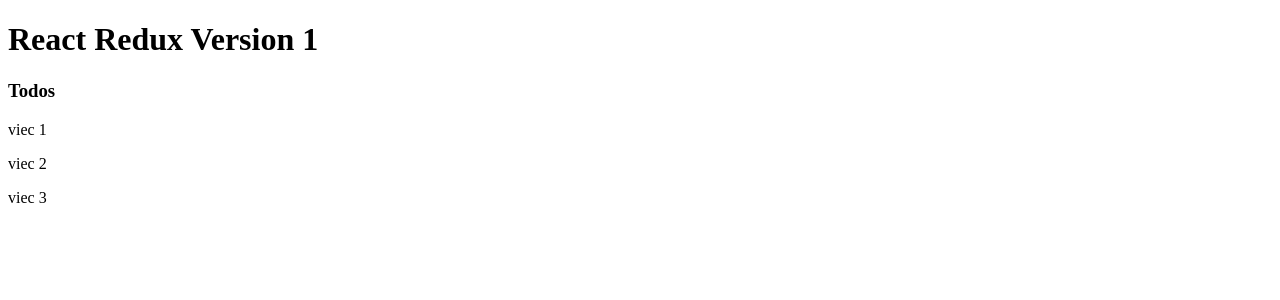
Repository: huynhnt1406/react-redux-tutorial
Page: / (app in react-hooks/)
These files come from the project's save history. The page is drawn as it stood at one moment and after the next save; the edit follows.
The browser window is 1280 px wide. The pictures show the whole page.
The project was rebuilt for these pictures with package versions that can differ from the ones it lists, and the page was loaded fresh each time.

Above is the page before, as saved 2021-06-18 20:45:57.

After the next save:
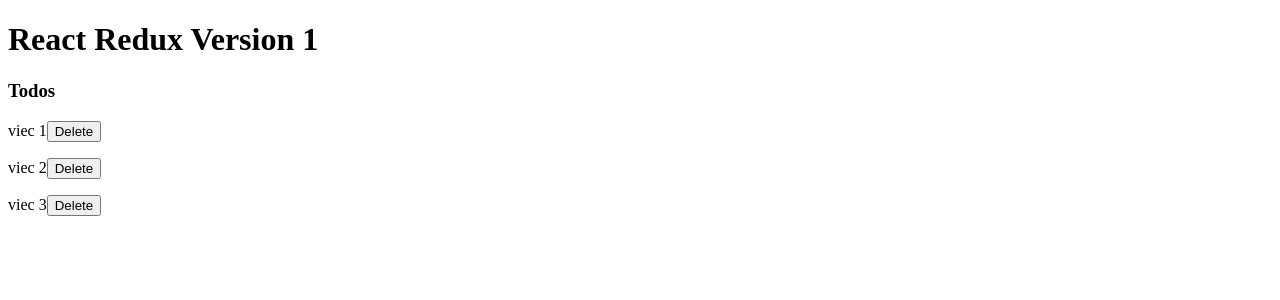
Saved 20 s later.
--- a/react-hooks/src/component/TodoItem.jsx
+++ b/react-hooks/src/component/TodoItem.jsx
@@ -6,7 +6,7 @@ function TodoItem({id, title}) {
     const {archiveTodo} = useContext(TodosContext)
     return (
         <div>
-            <p onClick={() => archiveTodo(id)}>{title}</p>
+            <p >{title}<button onClick={() => archiveTodo(id)}>Delete</button></p>
         </div>
     )
 }
